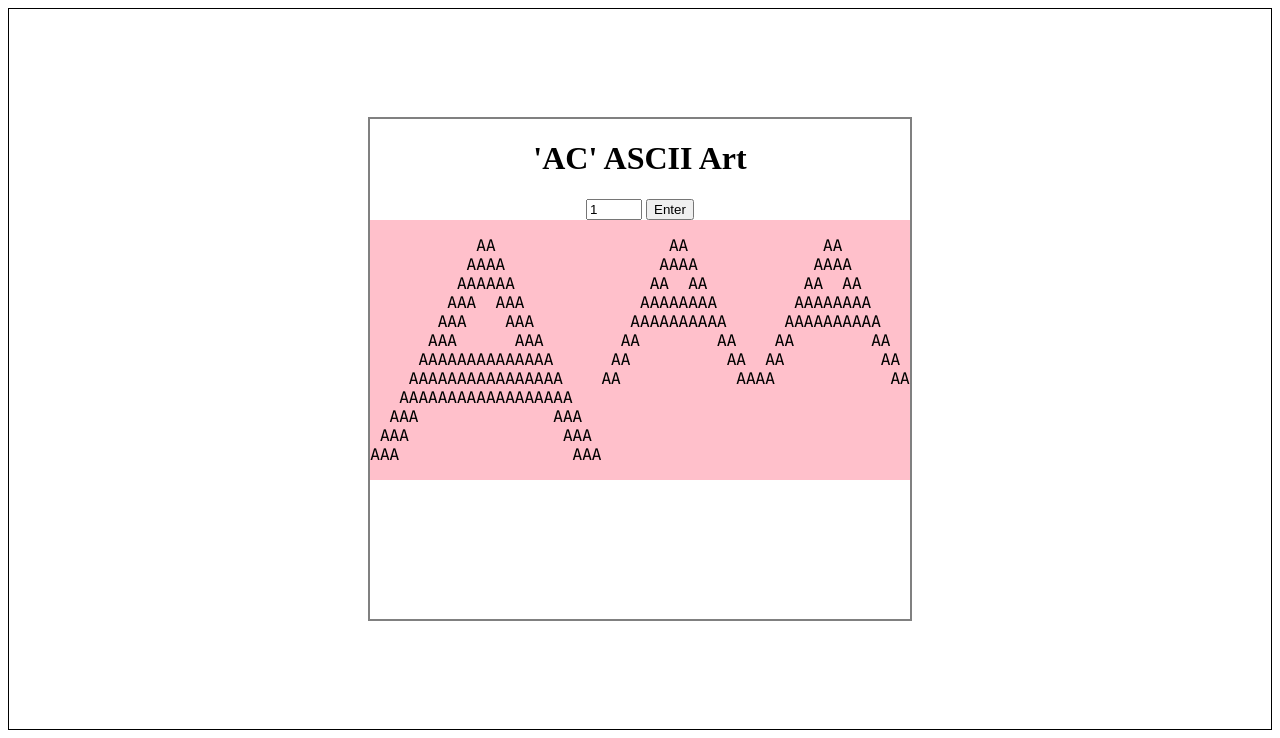
Repository: Achorn/ascii-art
Page: index.html
The author's editor kept a copy of each file at every save. The page is drawn from the files as they stood at one save, then again after the next save.
The browser window is 1280 px wide. The pictures show the whole page.

Above is the page before, as saved 2021-08-09 18:01:15.

### index.html
<!DOCTYPE html>
<html lang="en">
  <head>
    <link rel="stylesheet" href="styles.css" />
    <meta charset="UTF-8" />
    <meta http-equiv="X-UA-Compatible" content="IE=edge" />
    <meta name="viewport" content="width=device-width, initial-scale=1.0" />
    <title>Document</title>
  </head>
  <body>
    <form>
      <h1>'AC' ASCII Art</h1>
      <input type="number" min="1" value="1" max="10" />
      <button>Enter</button>
      <div id="ascii-container">
        <div id="a-container">
          <p id="mono-a" style="font-family: 'Lucida Console', monospace"></p>
        </div>
        <div id="c-container">
          <p id="mono-c" style="font-family: 'Lucida Console', monospace"></p>
        </div>
      </div>
    </form>
    <script type="text/javascript" src="myscripts.js"></script>
  </body>
</html>

### styles.css
body {
  border: 1px solid black;
  display: flex;
  flex-direction: column;
  justify-content: center;
  align-items: center;
  height: 100vh;
}

form {
  border: 2px solid grey;
  height: 500px;
  /* width: 400px; */
  text-align: center;
}

#ascii-container {
  display: flex;
}

#a-container {
  background-color: pink;
}
#c-container {
  background-color: pink;
}
#mono-a {
  /* font-size: 25.5vw; */

  white-space: pre;
}
#mono-c {
  white-space: pre;
}

### myscripts.js
let four = [
  [" ", " ", " ", "A"],
  [" ", " ", "A", " "],
  [" ", "A", "A", "A"],
  ["A", " ", " ", " "],
];

let eight = [
  [
    " ",
    " ",
    " ",
    " ",
    " ",
    " ",
    " ",
    "A",
    "A",
    " ",
    " ",
    " ",
    " ",
    " ",
    " ",
    " ",
  ],
  [
    " ",
    " ",
    " ",
    " ",
    " ",
    " ",
    "A",
    "A",
    "A",
    "A",
    " ",
    " ",
    " ",
    " ",
    " ",
    " ",
  ],
  [
    " ",
    " ",
    " ",
    " ",
    " ",
    "A",
    "A",
    " ",
    " ",
    "A",
    "A",
    " ",
    " ",
    " ",
    " ",
    " ",
  ],
  [
    " ",
    " ",
    " ",
    " ",
    "A",
    "A",
    "A",
    "A",
    "A",
    "A",
    "A",
    "A",
    " ",
    " ",
    " ",
    " ",
  ],
  [
    " ",
    " ",
    " ",
    "A",
    "A",
    "A",
    "A",
    "A",
    "A",
    "A",
    "A",
    "A",
    "A",
    " ",
    " ",
    " ",
  ],
  [
    " ",
    " ",
    "A",
    "A",
    " ",
    " ",
    " ",
    " ",
    " ",
    " ",
    " ",
    " ",
    "A",
    "A",
    " ",
    " ",
  ],
  [
    " ",
    "A",
    "A",
    " ",
    " ",
    " ",
    " ",
    " ",
    " ",
    " ",
    " ",
    " ",
    " ",
    "A",
    "A",
    " ",
  ],
  [
    "A",
    "A",
    " ",
    " ",
    " ",
    " ",
    " ",
    " ",
    " ",
    " ",
    " ",
    " ",
    " ",
    " ",
    "A",
    "A",
  ],
];

function scaleSpread(array, factor) {
  const scaled = [];

  for (const row of array) {
    let x = [];

    for (const item of row) x.push(...Array(factor).fill(item));

    scaled.push(...Array(factor).fill(x));
  }

  return scaled;
}

function arrToString(arr) {
  let string = "";
  for (let i = 0; i < arr.length; i++) {
    string += arr[i].join("") + "<br>";
  }
  return string;
}

function halfArrToString(arr) {
  let string = "";
  for (let i = 0; i < arr.length; i++) {
    string += arr[i].join("");
    let rev = arr[i].slice();
    string += rev.reverse().join("");
    string += "<br>";
  }
  return string;
}
function trimA(arr, lWidth) {
  for (i = 0; i < arr.length; i++) {
    let disp = lWidth - (i % lWidth) - 1;
    let newArr = arr[i].slice();
    for (let j = 0; j < disp; j++) {
      newArr.pop();
      newArr.unshift(" ");
    }
    arr[i] = newArr;
  }
}

let monoA = document.getElementById("mono-a");
let monoC = document.getElementById("mono-c");
let scale = 3;
let scaled = scaleSpread(four, scale);
trimA(scaled, scale);

// mono.innerHTML = halfArrToString(scaleSpread(four, 7));
// monoA.style.fontSize = `${4 / scale / 2}em`;
// monoC.style.fontSize = `${4 / scale}em`;
monoA.innerHTML = halfArrToString(scaled);
monoC.innerHTML = halfArrToString(eight);
// mono.innerHTML += arrToString(scaleSpread(eight, 1));

After the next save:
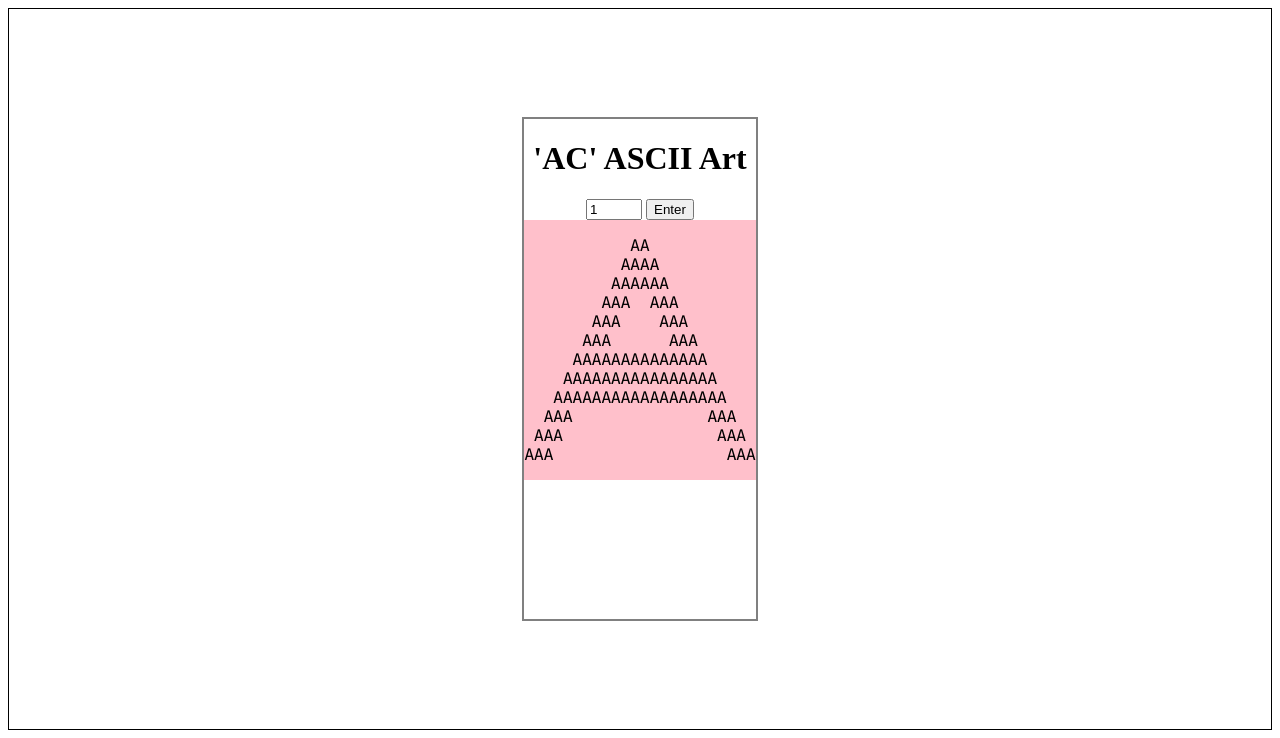
Console error: ReferenceError: rrToString is not defined
Saved 29 s later.
--- a/myscripts.js
+++ b/myscripts.js
@@ -6,42 +6,8 @@ let four = [
 ];
 
 let eight = [
-  [
-    " ",
-    " ",
-    " ",
-    " ",
-    " ",
-    " ",
-    " ",
-    "A",
-    "A",
-    " ",
-    " ",
-    " ",
-    " ",
-    " ",
-    " ",
-    " ",
-  ],
-  [
-    " ",
-    " ",
-    " ",
-    " ",
-    " ",
-    " ",
-    "A",
-    "A",
-    "A",
-    "A",
-    " ",
-    " ",
-    " ",
-    " ",
-    " ",
-    " ",
-  ],
+  [" ", " ", " ", " ", " ", " ", " ", "A"],
+  [" ", " ", " ", " ", " ", " ", "A", "A", "A"],
   [
     " ",
     " ",
@@ -206,5 +172,5 @@ trimA(scaled, scale);
 // monoA.style.fontSize = `${4 / scale / 2}em`;
 // monoC.style.fontSize = `${4 / scale}em`;
 monoA.innerHTML = halfArrToString(scaled);
-monoC.innerHTML = halfArrToString(eight);
+monoC.innerHTML = rrToString(eight);
 // mono.innerHTML += arrToString(scaleSpread(eight, 1));

After the 2 saves that followed:
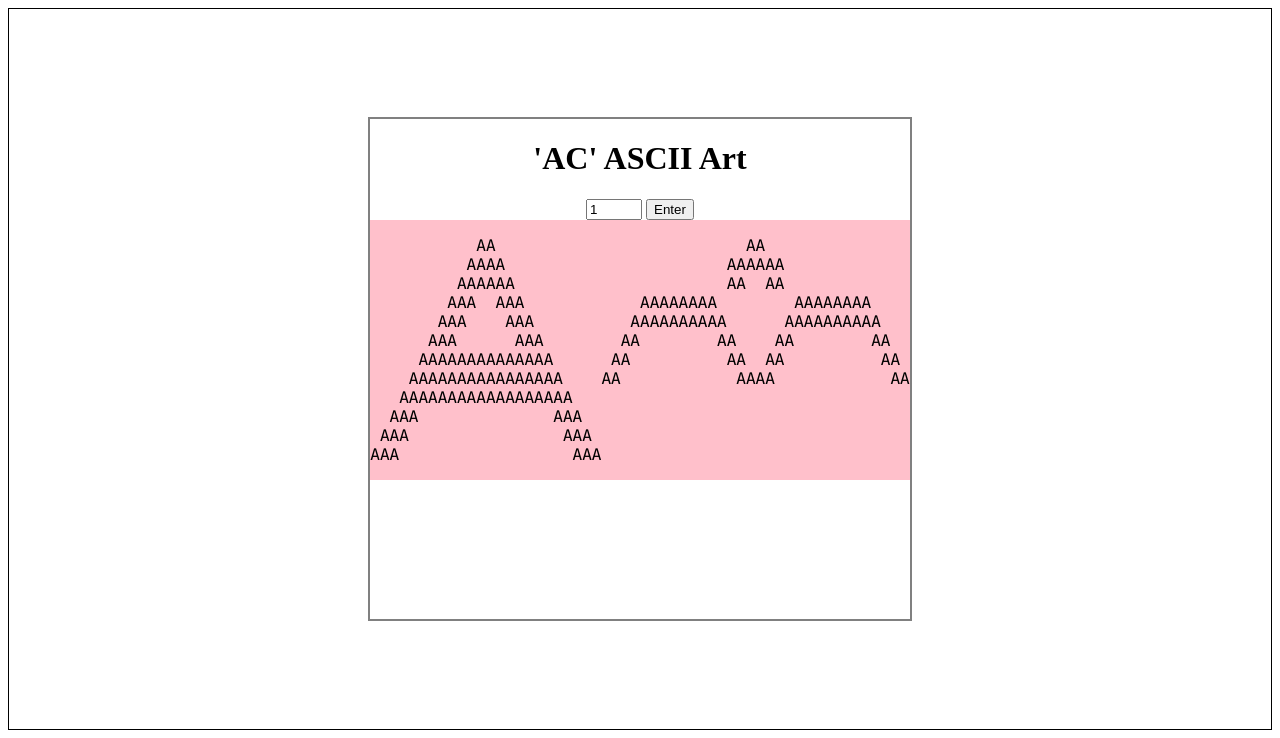
The error is gone.
The 2 saves are shown as one change because 1 left the picture as it was.
The last was saved 17 s later.
--- a/myscripts.js
+++ b/myscripts.js
@@ -8,24 +8,7 @@ let four = [
 let eight = [
   [" ", " ", " ", " ", " ", " ", " ", "A"],
   [" ", " ", " ", " ", " ", " ", "A", "A", "A"],
-  [
-    " ",
-    " ",
-    " ",
-    " ",
-    " ",
-    "A",
-    "A",
-    " ",
-    " ",
-    "A",
-    "A",
-    " ",
-    " ",
-    " ",
-    " ",
-    " ",
-  ],
+  [" ", " ", " ", " ", " ", "A", "A", " "],
   [
     " ",
     " ",
@@ -172,5 +155,5 @@ trimA(scaled, scale);
 // monoA.style.fontSize = `${4 / scale / 2}em`;
 // monoC.style.fontSize = `${4 / scale}em`;
 monoA.innerHTML = halfArrToString(scaled);
-monoC.innerHTML = rrToString(eight);
+monoC.innerHTML = halfArrToString(eight);
 // mono.innerHTML += arrToString(scaleSpread(eight, 1));
